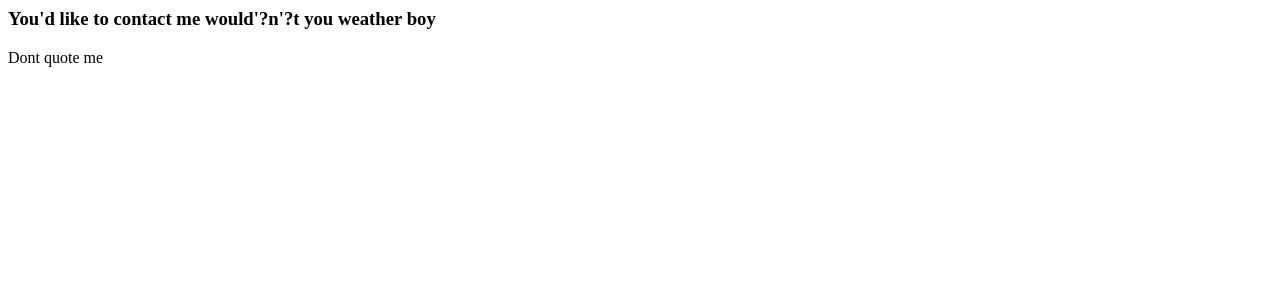
Repository: 0101chaitanya/basic-node-server
Page: contact-me.html
An editor plug-in stored every save of this project. The page is shown before and after the next save, followed by the edit.
The browser window is 1280 px wide. The pictures show the whole page.

Above is the page before, as saved 2021-08-25 15:31:43.

After the next save:
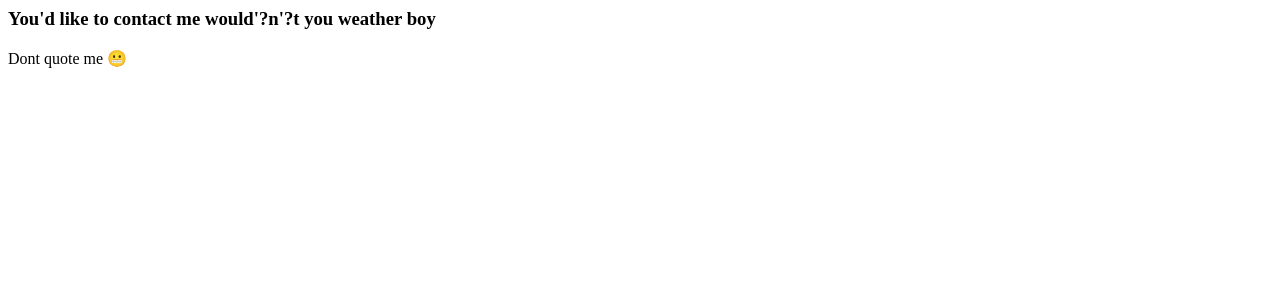
Saved 92 s later.
--- a/contact-me.html
+++ b/contact-me.html
@@ -9,7 +9,7 @@
 
 <body>
     <h3>You'd like to contact me would'?n'?t you weather boy</h3>
-    <p>Dont quote me </p>
+    <p>Dont quote me &#128556;</p>
 </body>
 
 </html>
